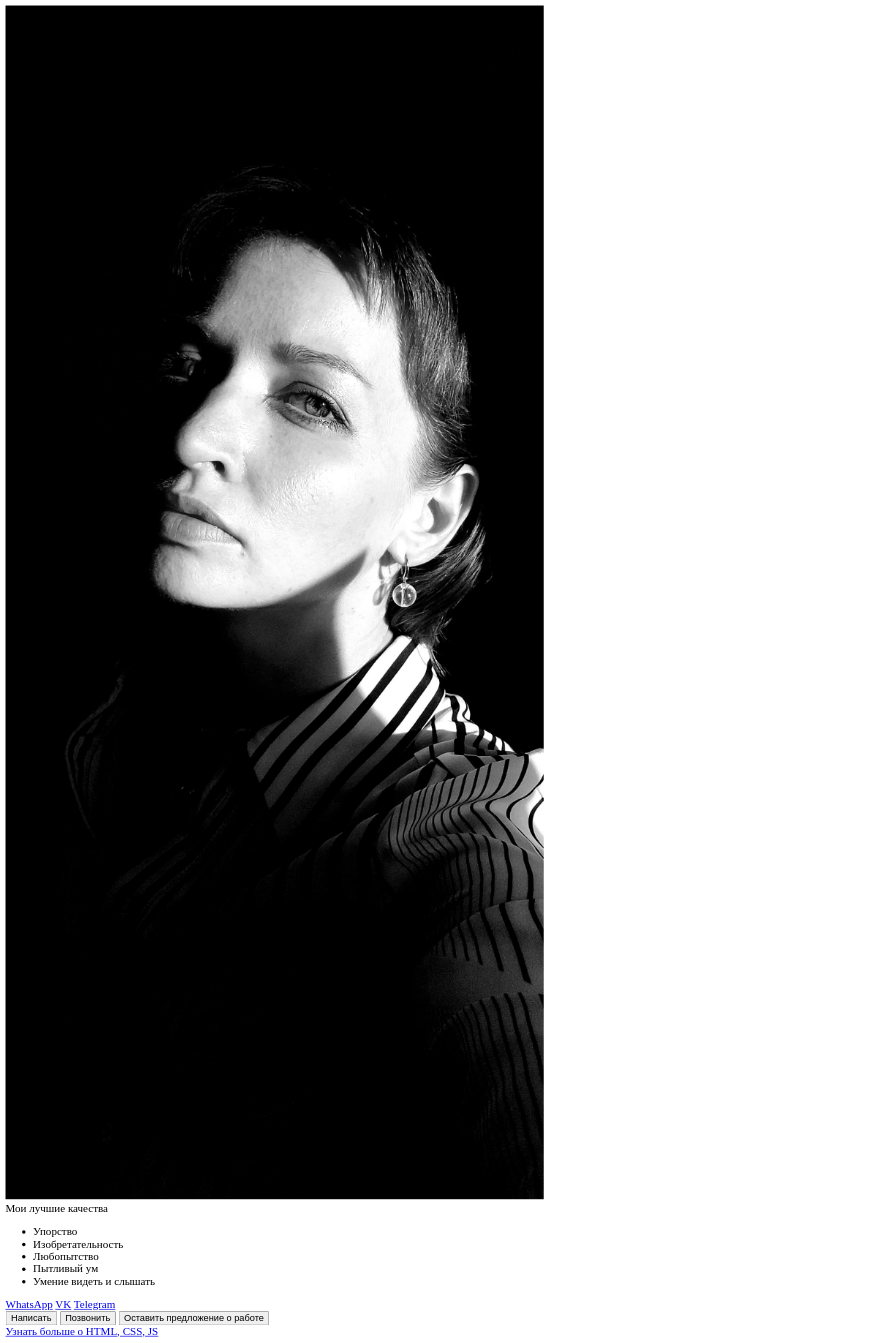
Repository: JonniRed/urban
Page: task1/index.html
The author's editor kept a copy of each file at every save. The page is drawn from the files as they stood at one save, then again after the next save.
The browser window is 1280 px wide. The pictures show the whole page, at 69% of full size.

Above is the page before, as saved 2024-09-10 10:38:31.

### task1/index.html
<!DOCTYPE html>
<html lang="en">

<head>
  <meta charset="UTF-8">
  <meta name="viewport" content="width=device-width, initial-scale=1.0">
  <title>Task 1</title>
</head>

<body>
  <picture>
    <img src="./Me.jpg" style="width: 780px;">
  </picture>
  <div>
    <span>Мои лучшие качества</span>
    <ul>
      <li>Упорство</li>
      <li>Изобретательность</li>
      <li>Любопытство</li>
      <li>Пытливый ум</li>
      <li>Умение видеть и слышать</li>
    </ul>
  </div>
  <div>
    <a href="https://api.whatsapp.com/send?phone=79312887457">WhatsApp</a>
    <a href="https://vk.com/jonni_red">VK</a>
    <a href="https://t.me/jonni_red">Telegram</a>
    <div>
      <button>Написать</button>
      <button>Позвонить</button>
      <button>Оставить предложение о работе</button>
    </div>

  </div>
  <div><a href="./second_page.html">Узнать больше о HTML, CSS, JS</a></div>
</body>

</html>

After the next save:
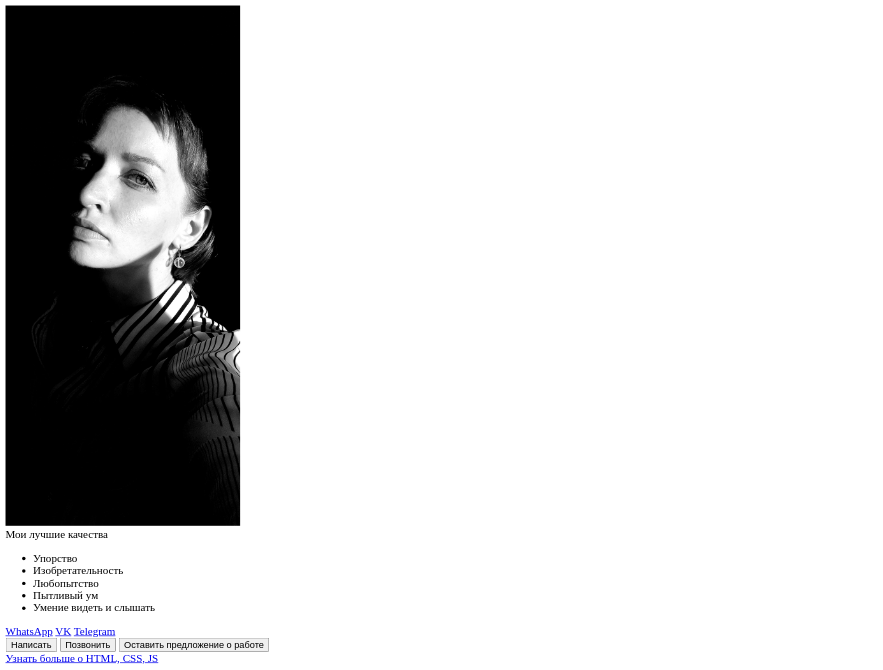
Saved 20 s later.
--- a/task1/index.html
+++ b/task1/index.html
@@ -9,7 +9,7 @@
 
 <body>
   <picture>
-    <img src="./Me.jpg" style="width: 780px;">
+    <img src="./Me.jpg" style="width: 340px;">
   </picture>
   <div>
     <span>Мои лучшие качества</span>
